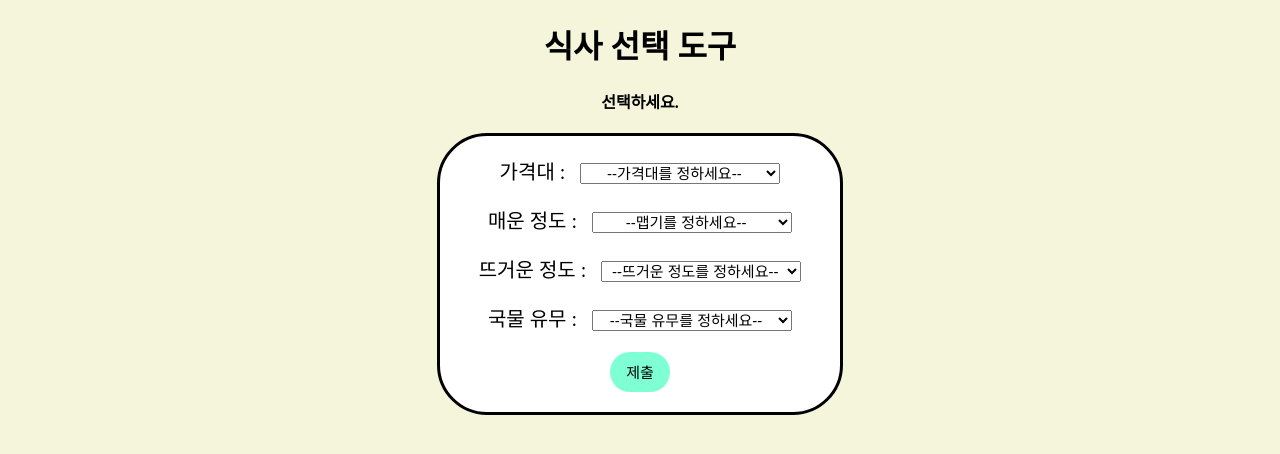
Repository: kimgh06/JavaWeb
Page: http://localhost/what/
The author's editor kept a copy of each file at every save. The page is drawn from the files as they stood at one save, then again after the next save.
The browser window is 1280 px wide. The pictures show the whole page.
The page is served by Tomcat 9.

Above is the page before, as saved 2022-11-04 01:25:12.

After the next save:
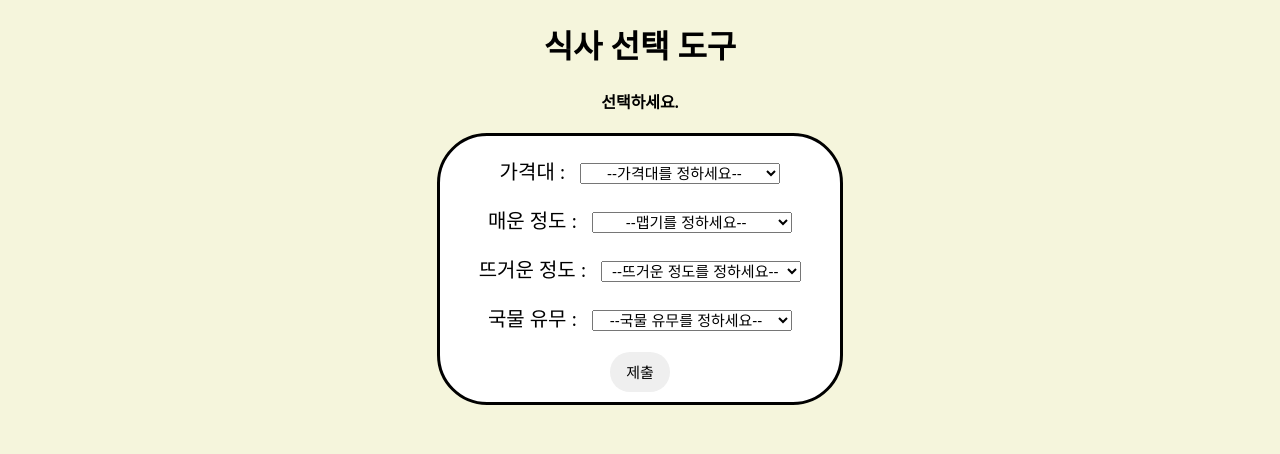
Saved 33 s later.
--- a/what/src/main/webapp/main.css
+++ b/what/src/main/webapp/main.css
@@ -40,6 +40,6 @@ body{
 	border:none;
 	border-radius: 20px;
 	font-size: 15px;
-	background-color: aquamarine;
-	margin-bottom: 20px;
+	background-color: marine;
+	margin-bottom: 10px;
 }
